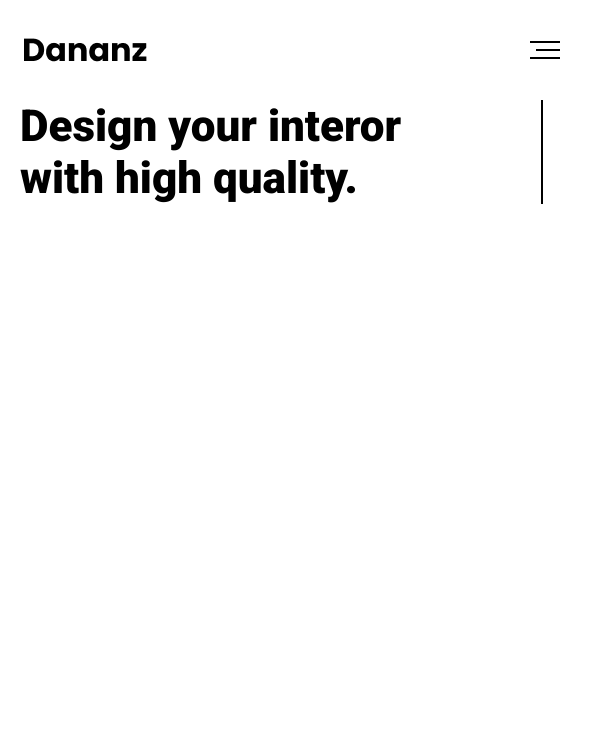
Repository: AsadKasimov/disain
Page: index.html
An editor plug-in stored every save of this project. The page is shown before and after a run of saves, followed by the edit.
The browser window is 600 px wide. The pictures show the whole page.

Above is the page before, as saved 2023-04-20 12:20:28.

After the next 2 saves:
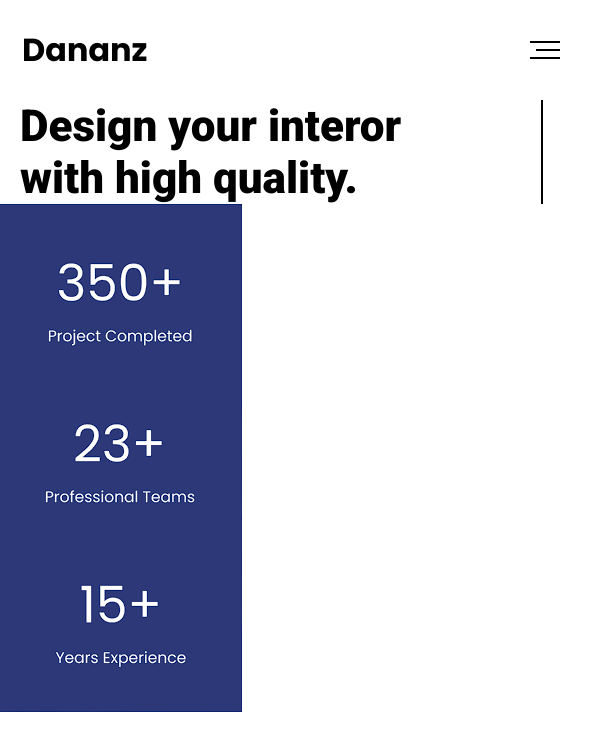
The 2 saves are shown as one change because they came seconds apart.
The last was saved 10 s later.
--- a/style.css
+++ b/style.css
@@ -154,7 +154,9 @@ hr.text-line-l{
   }
 
 
-
+  .h-pic2{
+    display: block;
+  }
 
 
   hr.text-line-l {
